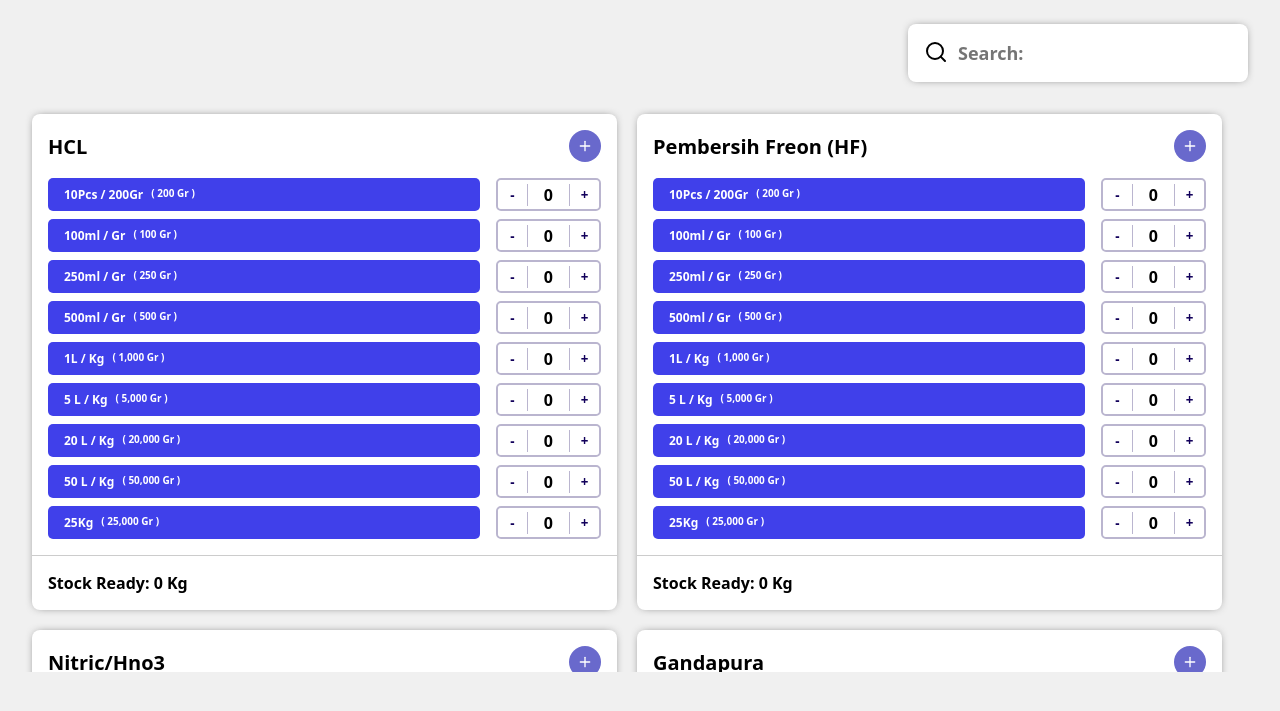
Repository: zuraniumlab-design/upstock-amsk
Page: /
The author's editor kept a copy of each file at every save. The page is drawn from the files as they stood at one save, then again after the next save.
The browser window is 1280 px wide. The pictures show the whole page.
An inner scrolling area shows only its first screen. The project was rebuilt for these pictures with package versions that can differ from the ones it lists, and the page was loaded fresh each time. Also part of the build but not shown: vite.config.js.

Above is the page before, as saved 2026-06-19 08:13:52.

### index.html
<!doctype html>
<html lang="en">
  <head>
    <meta charset="UTF-8" />
    <link rel="icon" type="image/svg+xml" href="/favicon.svg" />
    <meta name="viewport" content="width=device-width, initial-scale=1.0" />
    <meta name="author" content="muhammad hakim ilahi">
    <title>UpStock</title>
  </head>
  <body>
    <div id="root"></div>
    <script type="module" src="/src/main.jsx"></script>
  </body>
</html>

### src/main.jsx
import { StrictMode } from 'react'
import { createRoot } from 'react-dom/client'
import './index.css'
import App from './App.jsx'
import { RouterProvider } from 'react-router-dom'
import router from './router.jsx'

createRoot(document.getElementById('root')).render(
  <RouterProvider router={router}></RouterProvider>
)

### src/index.css
* {
  box-sizing: border-box;
  font-family: system-ui, -apple-system, BlinkMacSystemFont, 'Segoe UI', Roboto, Oxygen, Ubuntu, Cantarell, 'Open Sans', 'Helvetica Neue', sans-serif;
}

body {
  margin: 0;
}

div {
  display: flex;
}

### src/router.jsx
import { createBrowserRouter } from "react-router-dom";
import App from "./App";


const router = createBrowserRouter([
  {
    element: <App />,
    path: '/'
  }
])

export default router

### src/App.module.css
.container {
  background-color: #f0f0f0;
  height: 100vh;
  width: 100vw;
  padding: 1rem;
}

/*? SIDEBAR START */
.sidebar {

}
/*? SIDEBAR END */

.content {
  height: calc(100vh - 4rem);
  width: 100%;
  gap: 0.5rem;
  overflow: hidden;
  position: relative;
  flex-direction: column;
}

/*? HEAD START */
.head {
  height: fit-content;
  padding: 0.5rem 1rem;
  justify-content: end;
}

.search {
  background-color: #fff;
  padding: 1rem;
  gap: 0.5rem;
  border-radius: 8px;
  box-shadow: 0 0 10px -4px #333;
}
.inputSearch {
  border: 0;
  font-size: 18px;
  font-weight: bold;
}
.inputSearch:focus {
  outline: none;
}
/*? HEAD END */

.items {
  width: calc(100vw - 4rem);
  padding: 1rem;
  padding-right: 10px;
  overflow-y: auto;
  overflow-x: hidden;
  gap: 20px;
  flex-wrap: wrap;
}
.items::-webkit-scrollbar {
  background-color: transparent;
  width: 0.5rem;
}
.items::-webkit-scrollbar-thumb {
  background-color: #12005b;
  border-radius: 1rem;

}

.item {
  background-color: #fff;
  border-radius: 8px;
  width: fit-content;
  min-width: 30vw;
  flex-direction: column;
  flex: 1;
  box-shadow: 0 0 10px -4px #333;
}
.item > * {
  padding: 1rem;
}

.topItem {
  justify-content: space-between;
  align-items: center;
  padding-bottom: 0;
}

.addWeight {
  aspect-ratio: 1 / 1;
  border: none;
  background-color: rgb(105, 105, 204);
  color: white;
  font-weight: bold;
  display: flex;
  align-items: center;
  justify-content: center;
  border-radius: 20px;
  padding: 0.5rem;
  cursor: pointer;
}

.product {
  font-size: 20px;
  font-weight: bold;
}

.weights {
  justify-content: space-between;
  gap: 0.5rem;
  flex-direction: column;
}

.weight {
  gap: 1rem;
}

.displays {
  flex: 1;
  background-color: rgb(64, 64, 234);
  border-radius: 5px;
  color: white;
  font-weight: bold;
  font-size: 12px;
  justify-content: space-between;
  padding: 0.5rem 1rem;
}
.displays span {
  margin-left: 0.5rem;
  font-size: 10px;
}
.displays:hover .removeWeight {
  opacity: 1;
}

.removeWeight {
  cursor: pointer;
  opacity: 0;
  transition: all 0.3s ease;
}

.stock {
  align-items: center;
  justify-content: center;
  border: 2px solid #12005b4a;
  border-radius: 5px;
  overflow: hidden;
  width: ;
}
.stock > * {
  font-weight: bold;
}
.stockDisplay {
  border-inline: 1px solid #12005b4a;
  padding-inline: 1rem;
}
.stock button {
  background-color: #fff;
  height: 100%;
  border: none;
  aspect-ratio: 1 / 1;
  display: flex;
  align-items: center;
  justify-content: center;
  color: #12005b;
  border-radius: 4px;
  cursor: pointer;
  transition: all 0.3s ease;
}
.stock button:hover {
  background-color: #ddd;
}

.addProduct {
  gap: 0.5rem;
}
.addProduct > input {
  padding: 0.5rem;
  flex: 1;
  font-size: 12px;
  border: 1px solid #12005b;
  border-radius: 5px;
}

.bottomItem {
  flex: 1;

  border-top: 1px solid #cccccc;
  align-items: center;
}

.totalStock {
  font-weight: bold;
}

Loaded but not shown: src/App.jsx (1645 lines, source omitted)

After the next save:
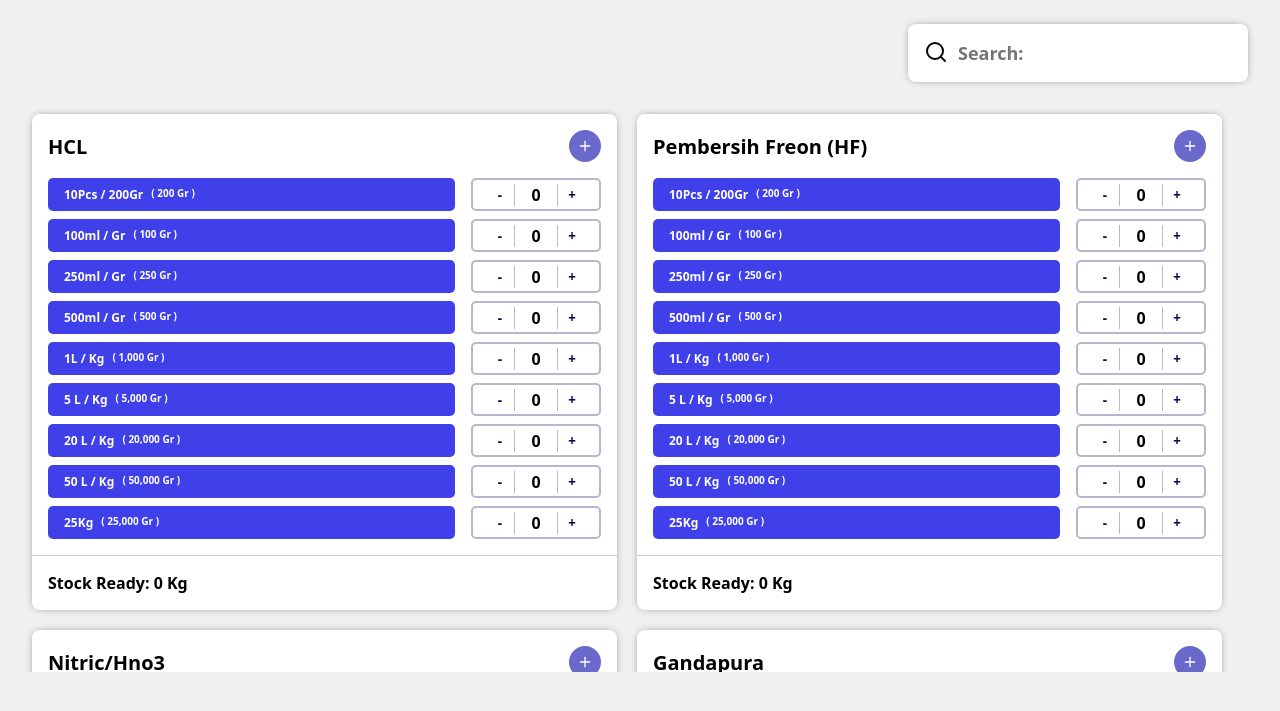
Saved 11 s later.
--- a/src/App.module.css
+++ b/src/App.module.css
@@ -141,7 +141,7 @@
   border: 2px solid #12005b4a;
   border-radius: 5px;
   overflow: hidden;
-  width: ;
+  width: 130px;
 }
 .stock > * {
   font-weight: bold;
